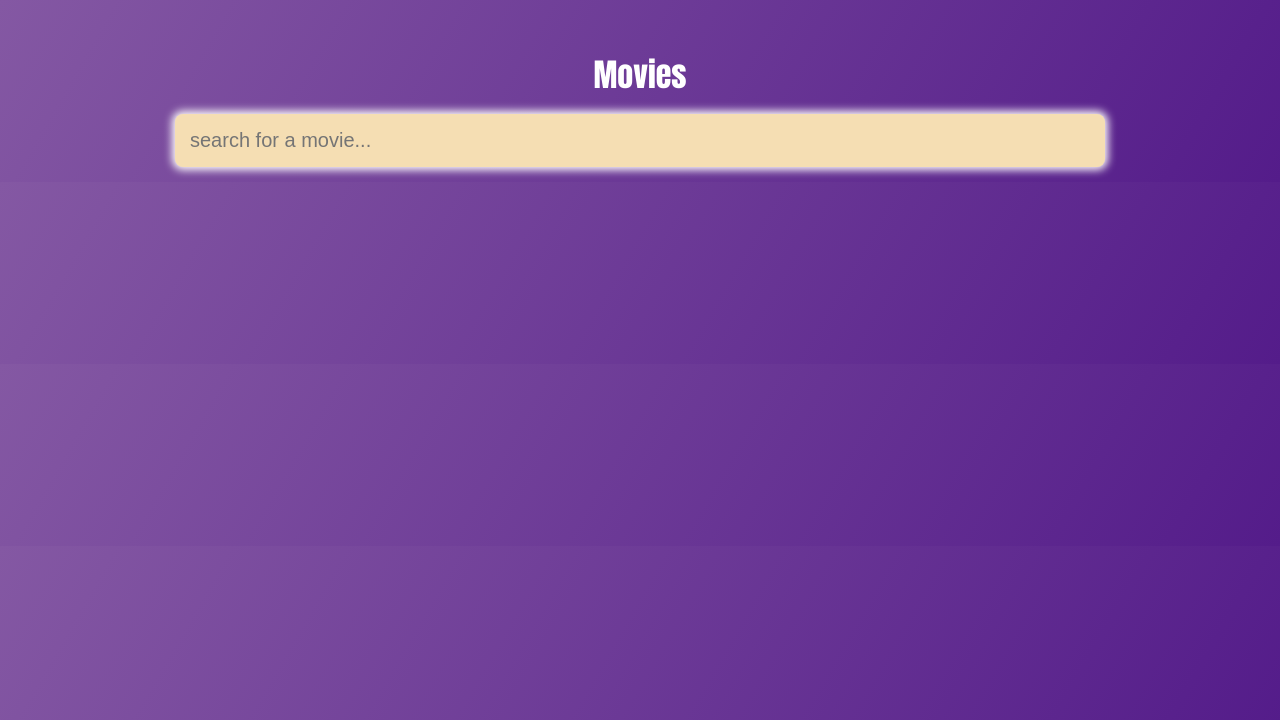
Repository: KLM94/moviedb
Page: /
An editor plug-in stored every save of this project. The page is shown before and after the next save, followed by the edit.
The browser window is 1280 px wide. The pictures show the whole page.
The first visible `.searchbox` has the focus.
The project was rebuilt for these pictures with package versions that can differ from the ones it lists, and the page was loaded fresh each time.

Above is the page before, as saved 2020-09-16 15:35:14.

### src/index.css
* {
  margin: 0;
  padding: 0;
  box-sizing: border-box;
}

body {
  font-family: Impact, Haettenschweiler, "Arial Narrow Bold", sans-serif;
  background-image: linear-gradient(120deg, #8458a3 0%, #541c8a 100%);
}

header {
  padding: 50px 15px 0px;
}

header h1 {
  color: white;
  font-size: 48;
  font-weight: 500;
  text-align: center;
}

main {
  width: 100%;
  max-width: 960px;
  margin: 0 auto;
}

section {
  padding: 15px;
}

.searchbox {
  display: block;
  width: 100%;
  padding: 15px;

  border: none;
  outline: none;
  background: none;

  background-color: wheat;
  border-radius: 8px;

  color: palevioletred;
  font-size: 20px;
  font-weight: 300;

  transition: 0.4s ease-out;
}

.searchbox:focus {
  box-shadow: 0px 0px 8px 3px white;
}

### src/App.js
import React from "react";
import Search from "./components/Search";

function App() {
  return (
    <div className="App">
      <header>
        <h1>Movies</h1>
      </header>
      <main>
        <Search />
      </main>
    </div>
  );
}

export default App;

### src/components/Search.jsx
import React from "react";

function Search() {
  return (
    <section className="searchbox-wrap">
      <input
        type="text"
        placeholder="search for a movie..."
        className="searchbox"
      />
    </section>
  );
}

export default Search;

Loaded but not shown: public/index.html (common file); src/index.js (common file); src/serviceWorker.js (common file); public/manifest.json (common file)

After the next save:
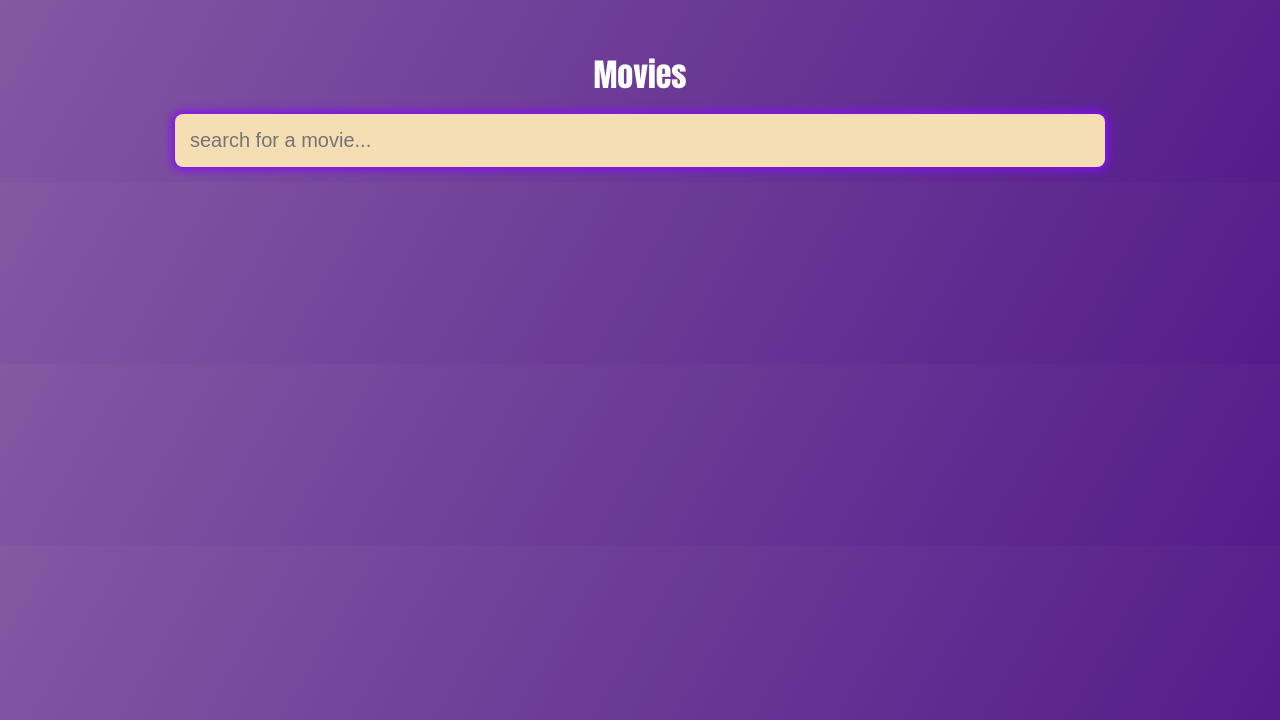
Saved 24 s later.
--- a/src/index.css
+++ b/src/index.css
@@ -50,5 +50,5 @@ section {
 }
 
 .searchbox:focus {
-  box-shadow: 0px 0px 8px 3px white;
+  box-shadow: 0px 0px 8px 3px rgb(132, 16, 241);
 }
